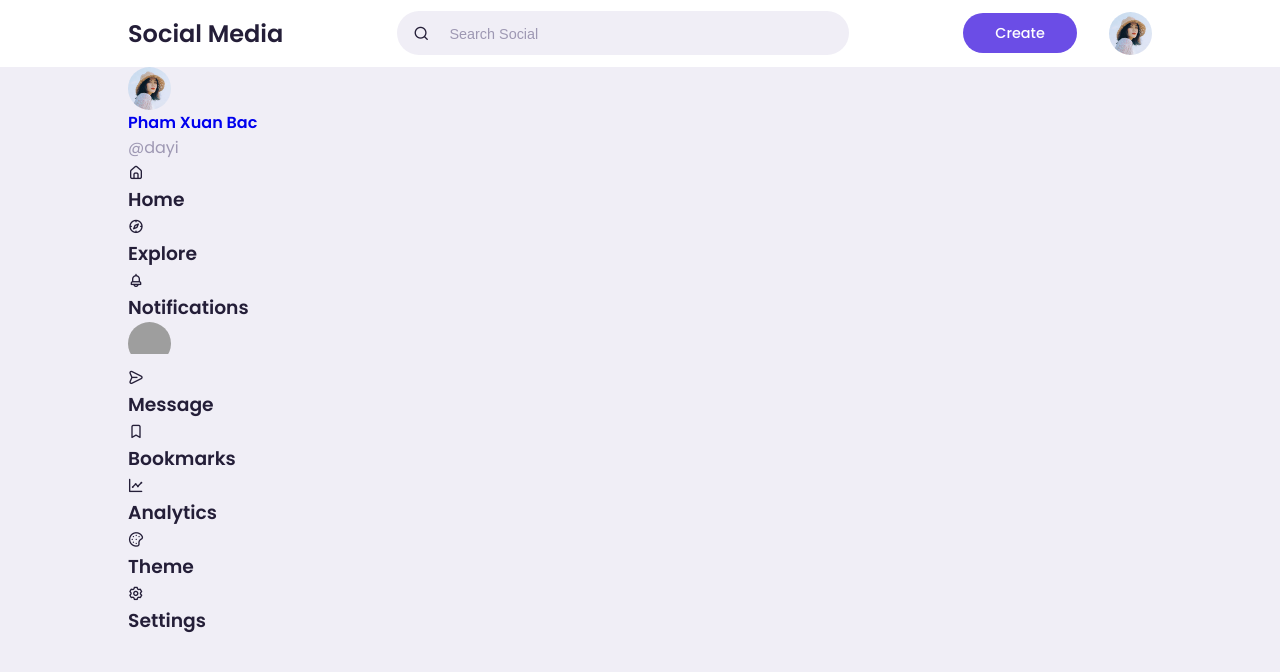
Repository: northpx/socialMedia
Page: index.html
The author's editor kept a copy of each file at every save. The page is drawn from the files as they stood at one save, then again after the next save.
The browser window is 1280 px wide. The pictures show the whole page.
Pictures or frames that could not be fetched are drawn as grey boxes.

Above is the page before, as saved 2023-03-07 17:05:29.

### index.html
<!DOCTYPE html>
<html lang="en">
<head>
    <meta charset="UTF-8">
    <meta http-equiv="X-UA-Compatible" content="IE=edge">
    <meta name="viewport" content="width=device-width, initial-scale=1.0">
    <link rel="stylesheet" href="/css/style.css">
    <link rel="stylesheet" href="https://unicons.iconscout.com/release/v4.0.0/css/line.css">
    <title>Social Media</title>
</head>
<body>
    <nav>
        <div class="container">
            <h2 class="logo">
                Social Media
            </h2>
            <div class="search-bar">
                <i class="uil uil-search"></i>
                <input type="search" placeholder="Search Social">
            </div>
            <div class="create">
                <label for="create-post" class="btn btn-primary">Create</label>
                <div class="profile-picture">
                    <img src="./images/profile-1.jpg" alt="">
                </div>
            </div>
        </div>
    </nav>

    <main>
        <div class="container">
            <!-- ===========LEFT================ -->
            <div class="left">
                <a href="#" class="profile">
                    <div class="profile-picture">
                        <img src="./images/profile-1.jpg" alt="">
                    </div>
                    <div class="handle">
                        <h4>Pham Xuan Bac</h4>
                        <p class="text-muted">
                            @dayi
                        </p>
                    </div>
                </a>
                <!-- =================SIDEBAR=========== -->
                <div class="sidebar">
                    <a class="menu-item active">
                        <span><i class="uil uil-estate"></i></span><h3>Home</h3>
                    </a>
                    <a class="menu-item">
                        <span><i class="uil uil-compass"></i></span><h3>Explore</h3>
                    </a>
                    <a class="menu-item">
                        <span><i class="uil uil-bell"></i></span><h3>Notifications</h3>
                        <!-- -----notification popup----- -->
                        <div class="notification-popup">
                            <div>
                                <div class="profile-picture">
                                    <img src="./images/pro" alt="">
                                </div>
                            </div>
                        </div>
                    </a>
                    <a class="menu-item">
                        <span><i class="uil uil-message"></i></span><h3>Message</h3>
                    </a>
                    <a class="menu-item">
                        <span><i class="uil uil-bookmark"></i></span><h3>Bookmarks</h3>
                    </a>
                    <a class="menu-item">
                        <span><i class="uil uil-chart-line"></i></span><h3>Analytics</h3>
                    </a>
                    <a class="menu-item">
                        <span><i class="uil uil-palette"></i></span><h3>Theme</h3>
                    </a>
                    <a class="menu-item">
                        <span><i class="uil uil-setting"></i></span><h3>Settings</h3>
                    </a>
                </div>
            </div>
            <!-- ===============MIDDLE============== -->
            <div class="middle">

            </div>
            <!-- ==============RIGHT============== -->
            <div class="right">

            </div>
        </div>
    </main>
</body>
</html>

### css/style.css
@import url("https://fonts.googleapis.com/css2?family=Poppins:ital,wght@0,400;0,500;0,600;1,400;1,500;1,600&family=Roboto:ital,wght@0,100;0,300;0,400;0,500;0,700;0,900;1,100;1,300;1,400;1,500;1,700;1,900&display=swap");
:root {
  --color-white: hsl(252,30%,100%);
  --color-light: hsl(252,30%,95%);
  --color-gray: hsl(252,15%,65%);
  --color-primary: hsl(252,75%,60%);
  --color-secondary: hsl(252,100%,90%);
  --color-success: hsl(120,95%,65%);
  --color-danger: hsl(0,95%,65%);
  --color-dark: hsl(252,30%,17%);
  --color-black: hsl(252,30%,10%);
  --border-radius: 2rem;
  --card-border-radius: 1rem;
  --btn-padding: 0.6rem 2rem;
  --search-padding: 0.6rem 1rem;
  --card-padding: 1rem;
  --sticky-top-left: 5.4rem;
  --sticky-top-right: -18rem;
}

*, *::before, *::after {
  margin: 0;
  padding: 0;
  outline: 0;
  box-sizing: border-box;
  text-decoration: none;
  list-style: none;
  border: none;
}

body {
  font-family: "Poppins", sans-serif;
  color: var(--color-dark);
  background: var(--color-light);
  overflow-x: hidden;
}

.container{
    width: 80%;
    margin: 0 auto;
}

.profile-picture{
    width: 2.7rem;
    aspect-ratio: 1/1;
    border-radius: 50%;
    overflow: hidden;
}

img{
    display: block;
    width: 100%;
}

.btn{
    display:  inline-block;
    padding: var(--btn-padding);
    font-weight: 500;
    border-radius: var(--border-radius);
    cursor: pointer;
    transition: all .3s ease;
    font-size: 0.9rem;
}

.btn:hover{
    opacity: 0.8;
}

.btn-primary{
    background: var(--color-primary);
    color: white;
}

.text-bold{
    font-weight: 500;
}

.text-muted{
    color: var(--color-gray);
}

nav{
    width: 100%;
    background: var(--color-white);
    padding: 0.7rem 0;
    top: 0;
    z-index: 10;
}

nav .container{
    display: flex;
    align-items: center;
    justify-content: space-between;
}

nav .search-bar{
    background: var(--color-light);
    border-radius: var(--border-radius);
    padding: var(--search-padding);
}

nav .search-bar input[type="search"]{
    background: transparent;
    width: 30vw;
    margin-left: 1rem;
    font-size: 0.9rem;
    color: var(--color-dark);
}

nav .search-bar input[type="search"]::placeholder{
    color: var(--color-gray);

}

nav .create{
    display: flex;
    align-items: center;
    gap: 2rem;
}

After the next save:
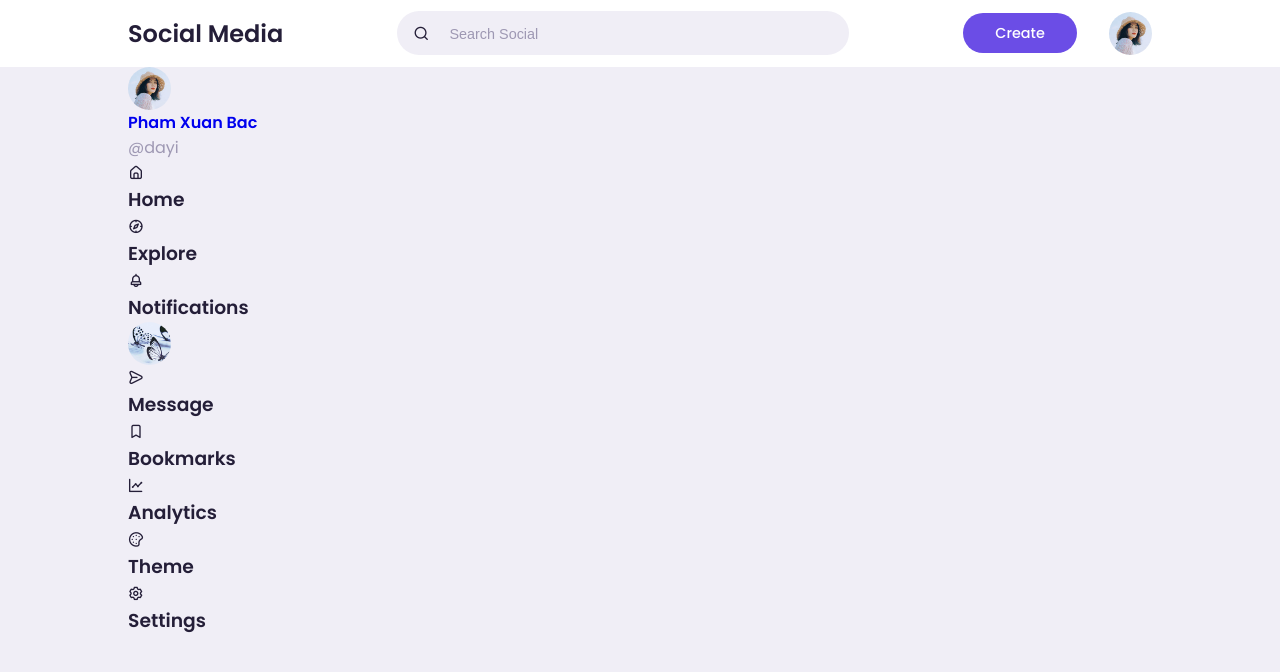
Saved 5 s later.
--- a/index.html
+++ b/index.html
@@ -56,7 +56,7 @@
                         <div class="notification-popup">
                             <div>
                                 <div class="profile-picture">
-                                    <img src="./images/pro" alt="">
+                                    <img src="./images/profile-2.jpg" alt="">
                                 </div>
                             </div>
                         </div>
